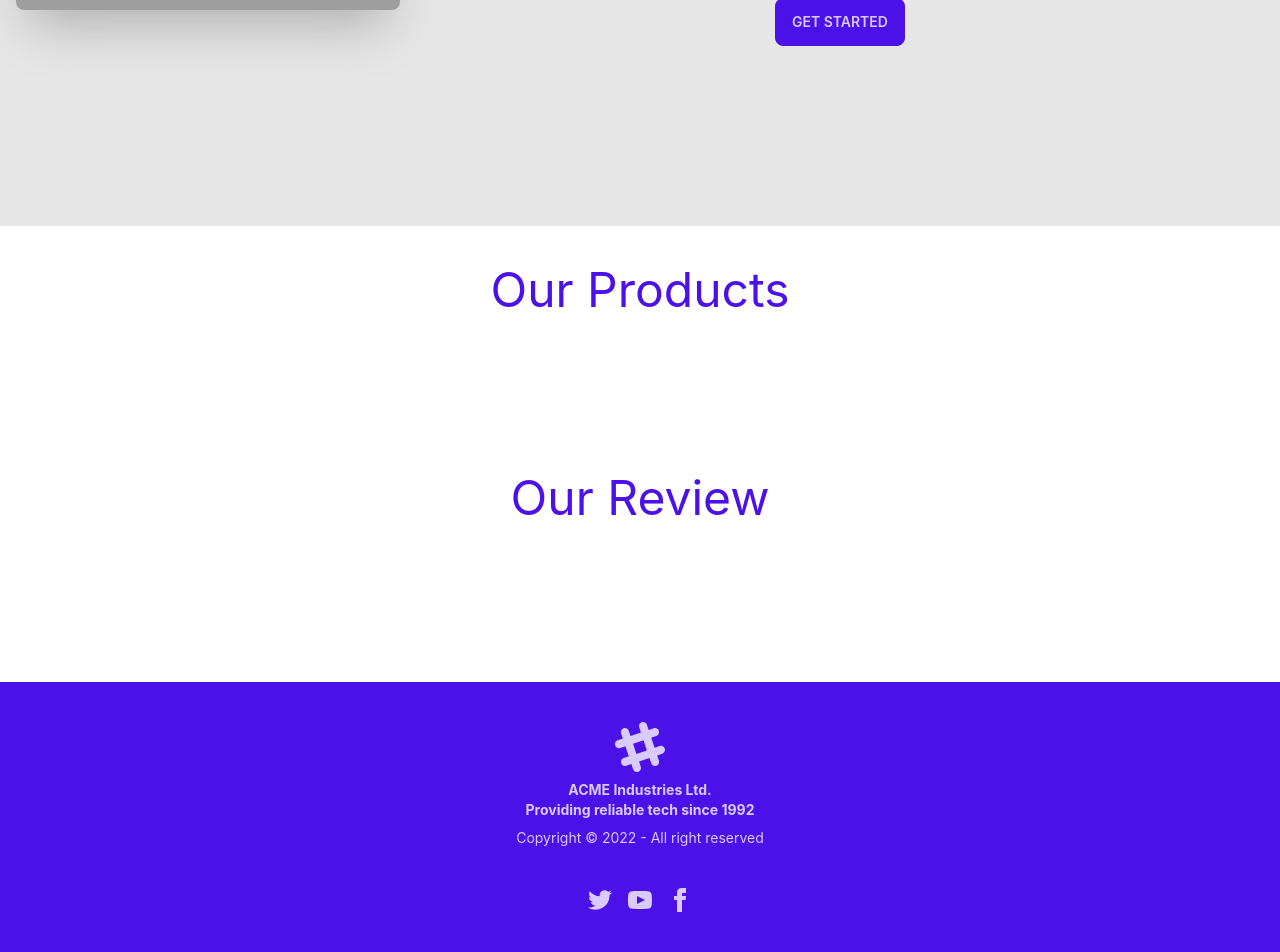
Repository: devsajid/manufacturer-website-client-side
Page: /
An editor plug-in stored every save of this project. The page is shown before and after a run of saves, followed by the edit.
The browser window is 1280 px wide. The pictures show the part of the page from y = 1518 to 2470 px (the page is 2470 px tall).
Pictures or frames that could not be fetched are drawn as grey boxes. The page's requests for data from a server got no answer. The project was rebuilt for these pictures with package versions that can differ from the ones it lists, and the page was loaded fresh each time. No one was signed in, and anything a server would have sent is missing. Also part of the build but not shown: src/Pages/Reviews/Review.js, src/Pages/Home/Products/Product.js, src/Hooks/useAdmin/useAdmin.js, src/Pages/Dashboard/Dashboard.js, src/Pages/Blogs/Blogs.js, src/Pages/About/About.css, src/Pages/About/About.js, src/Components/Loading/Loading.js and 20 more.

Above is the page before, as saved 2022-05-28 22:39:53.

### public/index.html
<!DOCTYPE html>
<html lang="en">

<head>
  <meta charset="utf-8" />
  <link rel="icon" href="%PUBLIC_URL%/favicon.ico" />
  <meta name="viewport" content="width=device-width, initial-scale=1" />
  <meta name="theme-color" content="#000000" />
  <meta name="description" content="Web site created using create-react-app" />
  <link rel="apple-touch-icon" href="%PUBLIC_URL%/logo192.png" />
  <!--
      manifest.json provides metadata used when your web app is installed on a
      user's mobile device or desktop. See https://developers.google.com/web/fundamentals/web-app-manifest/
    -->
  <link rel="manifest" href="%PUBLIC_URL%/manifest.json" />
  <!--
      Notice the use of %PUBLIC_URL% in the tags above.
      It will be replaced with the URL of the `public` folder during the build.
      Only files inside the `public` folder can be referenced from the HTML.

      Unlike "/favicon.ico" or "favicon.ico", "%PUBLIC_URL%/favicon.ico" will
      work correctly both with client-side routing and a non-root public URL.
      Learn how to configure a non-root public URL by running `npm run build`.
    -->
  <title>Phone +Plus</title>
</head>

<body>
  <noscript>You need to enable JavaScript to run this app.</noscript>
  <div id="root"></div>
  <!--
      This HTML file is a template.
      If you open it directly in the browser, you will see an empty page.

      You can add webfonts, meta tags, or analytics to this file.
      The build step will place the bundled scripts into the <body> tag.

      To begin the development, run `npm start` or `yarn start`.
      To create a production bundle, use `npm run build` or `yarn build`.
    -->
</body>

</html>

### src/index.js
import React from 'react';
import ReactDOM from 'react-dom/client';
import './index.css';
import App from './App';
import reportWebVitals from './reportWebVitals';
import { BrowserRouter } from "react-router-dom";
import { QueryClient, QueryClientProvider, } from 'react-query'

const queryClient = new QueryClient()
const root = ReactDOM.createRoot(document.getElementById('root'));
root.render(
  <React.StrictMode>
    <QueryClientProvider client={queryClient}>
      <BrowserRouter>
        <App />
      </BrowserRouter>
    </QueryClientProvider>
  </React.StrictMode>
);

// If you want to start measuring performance in your app, pass a function
// to log results (for example: reportWebVitals(console.log))
// or send to an analytics endpoint. Learn more: https://bit.ly/CRA-vitals
reportWebVitals();

### src/App.js
import './App.css';
import { ToastContainer } from 'react-toastify';
import 'react-toastify/dist/ReactToastify.css';
import Navbar from './Components/Navbar/Navbar';
import Home from './Pages/Home/Home';
import Reviews from './Pages/Reviews/Reviews';
import Dashboard from './Pages/Dashboard/Dashboard';
import Blogs from './Pages/Blogs/Blogs';
import About from './Pages/About/About';
import { Route, Routes } from 'react-router-dom';
import SignIn from './Pages/SignIn/SignIn';
import SignUp from './Pages/SignUp/SignUp';
import NotFound from './Pages/NotFound/NotFound';
import Purchase from './Pages/Purchase/Purchase';
import Footer from './Components/Footer/Footer';
import RequireAuth from './Hooks/RequireAuth/RequireAuth';
import MyOrders from './Pages/Dashboard/MyOrders/MyOrders';
import MyReviews from './Pages/Dashboard/MyReviews/MyReviews';
import MyAccount from './Pages/Dashboard/MyAccount/MyAccount';
import Payment from './Pages/Dashboard/Payment/Payment';
import AddProduct from './Pages/Dashboard/AddProduct/AddProduct';
import ManageProducts from './Pages/Dashboard/ManageProducts/ManageProducts';
import ManageUsers from './Pages/Dashboard/ManageUsers/ManageUsers';
import ManageOrders from './Pages/Dashboard/ManageOrders/ManageOrders';
import RequireAdmin from './Hooks/RequireAdmin/RequireAdmin.JS';
import AddReview from './Pages/Dashboard/MyReviews/AddReview';

function App() {
  return (
    <div className="App">

      <Navbar></Navbar>
      <Routes>
        <Route path="/" element={<Home />} />
        <Route path="/home" element={<Home />} />
        <Route path="/review" element={<Reviews />} />
        <Route path="/about" element={<About />} />
        <Route path="/blog" element={<Blogs />} />
        <Route path="/signIn" element={<SignIn />} />
        <Route path="/signUp" element={<SignUp />} />
        <Route path="dashboard" element={<RequireAuth><Dashboard /></RequireAuth>} >
          <Route index element={<MyOrders></MyOrders>}></Route>
          <Route path="myAccount" element={<MyAccount></MyAccount>}></Route>
          <Route path="myReviews" element={<MyReviews></MyReviews>}></Route>
          <Route path="addReview" element={<RequireAuth><AddReview /></RequireAuth>}></Route>
          <Route path="payment/:id" element={<Payment />}></Route>

          {/* ADMIN ROUTE ---------- */}
          <Route path="addProduct" element={
            //  <RequireAdmin>
            <AddProduct />
            //  </RequireAdmin>
          }></Route>

          <Route path="manageProducts" element={
            // <RequireAdmin>
            <ManageProducts />
            // </RequireAdmin>
          }></Route>

          <Route path="manageusers" element={
            //  <RequireAdmin>
            <ManageUsers />
            //  </RequireAdmin>
          }></Route>

          <Route path="manageOrders" element={
            // <RequireAdmin>
            <ManageOrders />
            // </RequireAdmin>
          }></Route>
        </Route>


        <Route path="purchase/:id" element={<RequireAuth><Purchase /></RequireAuth>}></Route>
        <Route path="/*" element={<NotFound></NotFound>} />
      </Routes>

      <Footer></Footer>
      <ToastContainer />
    </div>
  );
}

export default App;

### src/Pages/Home/Home.js
import React from 'react'
import Headers from '../../Components/Headers/Headers'
import Reviews from '../Reviews/Reviews'
import Products from './Products/Products'
import Summary from './Summary/Summary'

const Home = () => {
    return (
        <div>
            <Headers></Headers>
            <Summary></Summary>
            <Products></Products>
            <Reviews></Reviews>

        </div>
    )
}

export default Home

### src/Pages/Reviews/Reviews.js
import React from "react";
import { useState, useEffect } from "react";
import Review from "./Review";

const Reviews = () => {
  const [Reviews, setReviews] = useState([]);
  useEffect(() => {
    const url = `https://car-manufacturer-app.herokuapp.com/reviews`;
    fetch(url, {
      headers: {
        authorization: `Bearer ${localStorage.getItem("accessToken")}`,
      },
    })
      .then((res) => res.json())
      .then((data) => setReviews(data));
  }, []);

  return (
    <div className="">
      <div className="">
        <h3 className="text-primary text-5xl my-10">Our Review</h3>
      </div>
      <div className="grid sm:grid-cols-1 md:grid-cols-2 lg:grid-cols-3 gap-8 m-20">
        {Reviews.map((review) => (
          <Review key={review._id} review={review}></Review>
        ))}
      </div>
    </div>
  );
};

export default Reviews;

### src/Components/Footer/Footer.js
import React from "react";

const Footer = () => {
  return (
    <footer class="footer footer-center p-10 bg-primary text-primary-content">
      <div>
        <svg
          width="50"
          height="50"
          viewBox="0 0 24 24"
          xmlns="http://www.w3.org/2000/svg"
          fill-rule="evenodd"
          clip-rule="evenodd"
          class="inline-block fill-current"
        >
          <path d="M22.672 15.226l-2.432.811.841 2.515c.33 1.019-.209 2.127-1.23 2.456-1.15.325-2.148-.321-2.463-1.226l-.84-2.518-5.013 1.677.84 2.517c.391 1.203-.434 2.542-1.831 2.542-.88 0-1.601-.564-1.86-1.314l-.842-2.516-2.431.809c-1.135.328-2.145-.317-2.463-1.229-.329-1.018.211-2.127 1.231-2.456l2.432-.809-1.621-4.823-2.432.808c-1.355.384-2.558-.59-2.558-1.839 0-.817.509-1.582 1.327-1.846l2.433-.809-.842-2.515c-.33-1.02.211-2.129 1.232-2.458 1.02-.329 2.13.209 2.461 1.229l.842 2.515 5.011-1.677-.839-2.517c-.403-1.238.484-2.553 1.843-2.553.819 0 1.585.509 1.85 1.326l.841 2.517 2.431-.81c1.02-.33 2.131.211 2.461 1.229.332 1.018-.21 2.126-1.23 2.456l-2.433.809 1.622 4.823 2.433-.809c1.242-.401 2.557.484 2.557 1.838 0 .819-.51 1.583-1.328 1.847m-8.992-6.428l-5.01 1.675 1.619 4.828 5.011-1.674-1.62-4.829z"></path>
        </svg>
        <p class="font-bold">
          ACME Industries Ltd. <br />
          Providing reliable tech since 1992
        </p>
        <p>Copyright © 2022 - All right reserved</p>
      </div>
      <div>
        <div class="grid grid-flow-col gap-4">
          <a>
            <svg
              xmlns="http://www.w3.org/2000/svg"
              width="24"
              height="24"
              viewBox="0 0 24 24"
              class="fill-current"
            >
              <path d="M24 4.557c-.883.392-1.832.656-2.828.775 1.017-.609 1.798-1.574 2.165-2.724-.951.564-2.005.974-3.127 1.195-.897-.957-2.178-1.555-3.594-1.555-3.179 0-5.515 2.966-4.797 6.045-4.091-.205-7.719-2.165-10.148-5.144-1.29 2.213-.669 5.108 1.523 6.574-.806-.026-1.566-.247-2.229-.616-.054 2.281 1.581 4.415 3.949 4.89-.693.188-1.452.232-2.224.084.626 1.956 2.444 3.379 4.6 3.419-2.07 1.623-4.678 2.348-7.29 2.04 2.179 1.397 4.768 2.212 7.548 2.212 9.142 0 14.307-7.721 13.995-14.646.962-.695 1.797-1.562 2.457-2.549z"></path>
            </svg>
          </a>
          <a>
            <svg
              xmlns="http://www.w3.org/2000/svg"
              width="24"
              height="24"
              viewBox="0 0 24 24"
              class="fill-current"
            >
              <path d="M19.615 3.184c-3.604-.246-11.631-.245-15.23 0-3.897.266-4.356 2.62-4.385 8.816.029 6.185.484 8.549 4.385 8.816 3.6.245 11.626.246 15.23 0 3.897-.266 4.356-2.62 4.385-8.816-.029-6.185-.484-8.549-4.385-8.816zm-10.615 12.816v-8l8 3.993-8 4.007z"></path>
            </svg>
          </a>
          <a>
            <svg
              xmlns="http://www.w3.org/2000/svg"
              width="24"
              height="24"
              viewBox="0 0 24 24"
              class="fill-current"
            >
              <path d="M9 8h-3v4h3v12h5v-12h3.642l.358-4h-4v-1.667c0-.955.192-1.333 1.115-1.333h2.885v-5h-3.808c-3.596 0-5.192 1.583-5.192 4.615v3.385z"></path>
            </svg>
          </a>
        </div>
      </div>
    </footer>
  );
};

export default Footer;

### src/firebase.init.js
// // Import the functions you need from the SDKs you need
// import { initializeApp } from "firebase/app";
// import { getAuth } from "firebase/auth";
// // TODO: Add SDKs for Firebase products that you want to use
// // https://firebase.google.com/docs/web/setup#available-libraries

// // Your web app's Firebase configuration
// // apiKey: process.env.REACT_APP_apiKey,
// // authDomain: process.env.REACT_APP_authDomain,
// // projectId: process.env.REACT_APP_projectId,
// // storageBucket: process.env.REACT_APP_storageBucket,
// // messagingSenderId: process.env.REACT_APP_messagingSenderId,
// // appId: process.env.REACT_APP_appId
// const firebaseConfig = {
//   apiKey: "AIzaSyCubrbBuuhz5IKzVpsZWfcUzcS1rdq0_fk",
//   authDomain: "phone-plus-4f5d3.firebaseapp.com",
//   projectId: "phone-plus-4f5d3",
//   storageBucket: "phone-plus-4f5d3.appspot.com",
//   messagingSenderId: "1050316587029",
//   appId: "1:1050316587029:web:675504103bcda3d9a8ce1c",
// };

// // Initialize Firebase
// const app = initializeApp(firebaseConfig);
// const auth = getAuth(app);
// export default auth;

import { initializeApp } from "firebase/app";
import { getAuth } from "firebase/auth";
// TODO: Add SDKs for Firebase products that you want to use
// https://firebase.google.com/docs/web/setup#available-libraries

// Your web app's Firebase configuration
// For Firebase JS SDK v7.20.0 and later, measurementId is optional
const firebaseConfig = {
  apiKey: "AIzaSyAnm3L9qxeep06RzjsloHUwBWJT0eqF0Vo",
  authDomain: "car-manufacturer-app.firebaseapp.com",
  projectId: "car-manufacturer-app",
  storageBucket: "car-manufacturer-app.appspot.com",
  messagingSenderId: "842670612530",
  appId: "1:842670612530:web:a21eb6fefe76514fd65c2b",
  measurementId: "G-M21YL917YE",
};
// project - 842670612530;

const app = initializeApp(firebaseConfig);
const auth = getAuth(app);
export default auth;

### src/Components/Headers/Headers.js
import React from 'react'

const Headers = () => {
    return (
        <div class="carousel w-full">
            <div id="slide1" class="carousel-item relative w-full">
                <img src="https://api.lorem.space/image/car?w=800&h=200&hash=8B7BCDC2" class="w-full" />
                <div class="absolute flex justify-between transform -translate-y-1/2 left-5 right-5 top-1/2">
                    <a href="#slide4" class="btn btn-circle">❮</a>
                    <a href="#slide2" class="btn btn-circle">❯</a>
                </div>
            </div>
            <div id="slide2" class="carousel-item relative w-full">
                <img src="https://api.lorem.space/image/car?w=800&h=200&hash=500B67FB" class="w-full" />
                <div class="absolute flex justify-between transform -translate-y-1/2 left-5 right-5 top-1/2">
                    <a href="#slide1" class="btn btn-circle">❮</a>
                    <a href="#slide3" class="btn btn-circle">❯</a>
                </div>
            </div>
            <div id="slide3" class="carousel-item relative w-full">
                <img src="https://api.lorem.space/image/car?w=800&h=200&hash=A89D0DE6" class="w-full" />                <div class="absolute flex justify-between transform -translate-y-1/2 left-5 right-5 top-1/2">
                    <a href="#slide2" class="btn btn-circle">❮</a>
                    <a href="#slide4" class="btn btn-circle">❯</a>
                </div>
            </div>
            <div id="slide4" class="carousel-item relative w-full">
                <img src="https://api.lorem.space/image/car?w=800&h=200&hash=225E6693" class="w-full" />
                <div class="absolute flex justify-between transform -translate-y-1/2 left-5 right-5 top-1/2">
                    <a href="#slide3" class="btn btn-circle">❮</a>
                    <a href="#slide1" class="btn btn-circle">❯</a>
                </div>
            </div>
        </div>
    )
}

export default Headers

### src/Pages/Home/Products/Products.js
import React from "react";
import { useState, useEffect } from "react";
import Product from "./Product";

const Products = () => {
  const [Items, setItems] = useState([]);
  useEffect(() => {
    const url = `https://car-manufacturer-app.herokuapp.com/products`;
    fetch(url, {
      headers: {
        authorization: `Bearer ${localStorage.getItem("accessToken")}`,
      },
    })
      .then((res) => res.json())
      .then((data) => setItems(data));
  }, []);

  return (
    <div>
      <div>
        <h3 className="text-primary text-5xl my-10">Our Products</h3>
      </div>
      <div className="grid sm:grid-cols-1 md:grid-cols-2 lg:grid-cols-3 gap-8 m-20">
        {Items.map((product) => (
          <Product key={product._id} product={product}></Product>
        ))}
      </div>
    </div>
  );
};

export default Products;

### src/Pages/Home/Summary/Summary.js
import React from 'react'

const Summary = () => {
    return (
        <div class="hero min-h-screen bg-base-200">
            <div class="hero-content flex-col lg:flex-row">
                <img src="https://api.lorem.space/image/movie?w=260&h=400" class="max-w-sm rounded-lg shadow-2xl" />
                <div>
                    <h1 class="text-5xl font-bold">Box Office News!</h1>
                    <p class="py-6">Eric Yuan came to the U.S. from China in the mid 90s to pursue the internet boom—but it took a while to get here. The first eight times he applied for a visa, he was denied. Finally, on the ninth attempt, he was approved, but the process lasted two years.In 2012, after working for a Silicon Valley communication startup for years prior, Yuan founded the communication platform Zoom. In an interview with Thrive Global, Yuan says that Zoom started as a daydream, a solution to a long-distance relationship that required a 10-hour train ride to see the other.Now, Zoom is used by more than 750,000 companies to keep their teams connected through video and audio conferencing, collaborative workspaces, chat, and more. The real-time, face-to-face aspect of Zoom makes it easier for companies to stay in touch, so people can easily work from home or stay connected while working remotely or across several office locations. </p>
                    <button class="btn btn-primary">Get Started</button>
                </div>
            </div>
        </div>
    )
}

export default Summary

### tailwind.config.js
module.exports = {
  content: ["./src/**/*.{html,js}"],
  theme: {
    extend: {},
  },
  daisyui: {
    themes: [
      {
        mytheme: {
          primary: "#4B11E8",
          secondary: "#F7D716",
          accent: "#9BA3EB",
          neutral: "#3d4451",
          "base-100": "#ffffff",
        },
      },
      "dark",
      "cupcake",
    ],
  },
  plugins: [require("daisyui")],
};

Loaded but not shown: src/index.css (common file); src/reportWebVitals.js (common file); src/App.css (common file); src/Components/Navbar/Navbar.js (128 lines, source omitted)

After the next 4 saves:
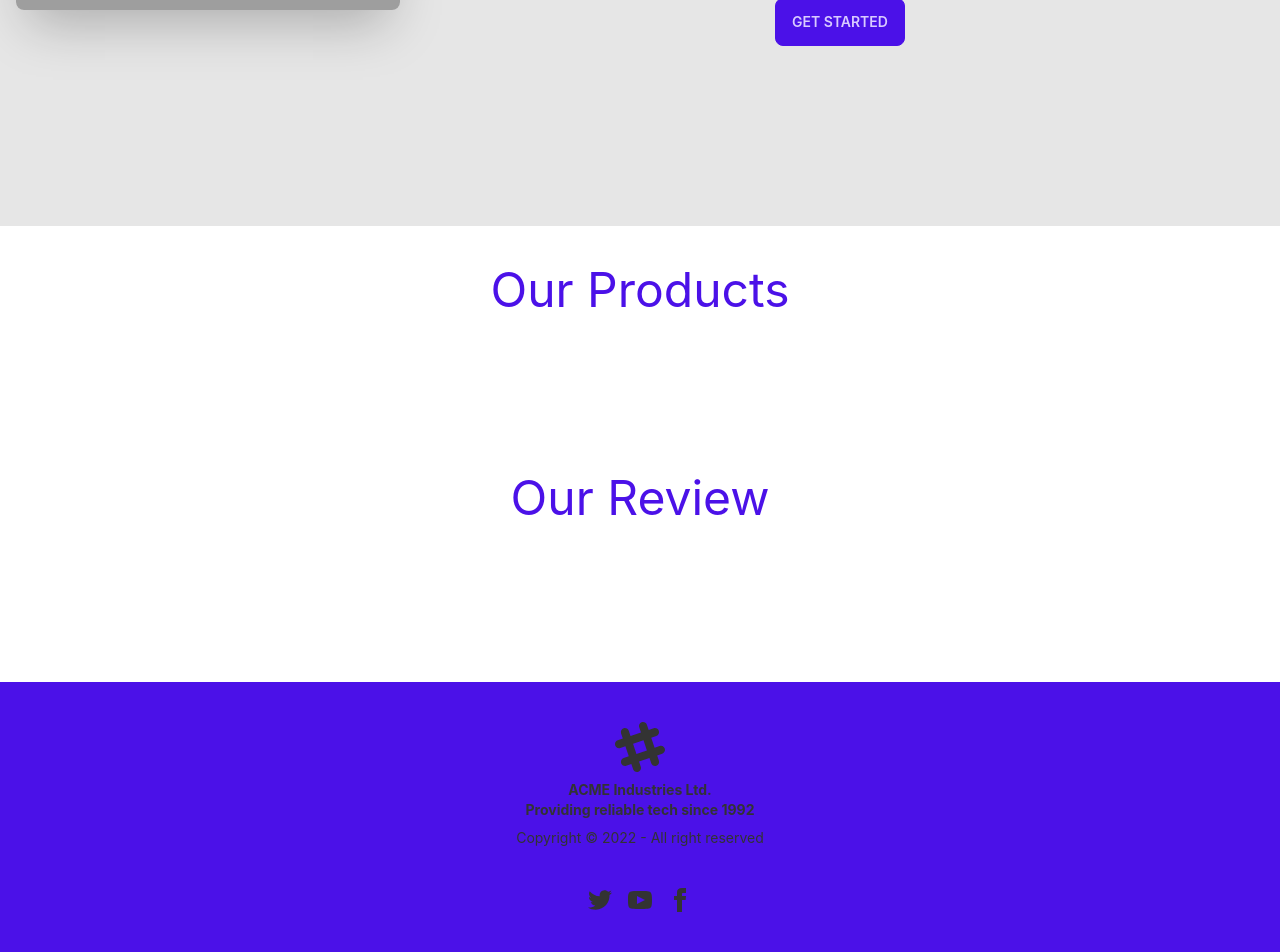
The 4 saves are shown as one change because they came seconds apart.
The last was saved 9 s later.
--- a/src/Components/Footer/Footer.js
+++ b/src/Components/Footer/Footer.js
@@ -2,7 +2,7 @@
 
 const Footer = () => {
   return (
-    <footer class="footer footer-center p-10 bg-primary text-primary-content">
+    <footer class="footer footer-center p-10 bg-primary text-white-content">
       <div>
         <svg
           width="50"

After the 2 saves that followed:
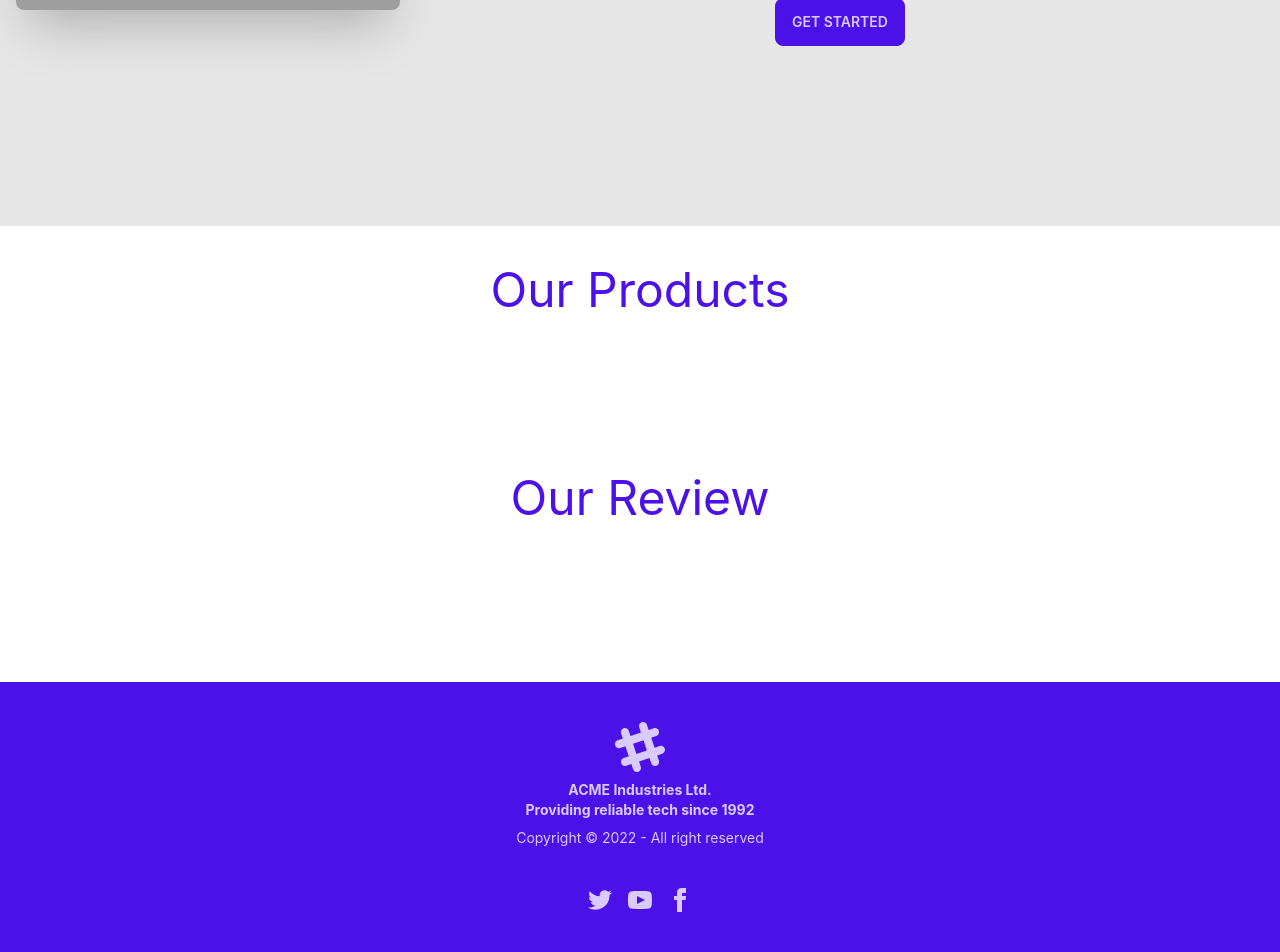
The 2 saves are shown as one change because 1 left the picture as it was.
The last was saved 31 s later.
--- a/src/Components/Footer/Footer.js
+++ b/src/Components/Footer/Footer.js
@@ -2,7 +2,7 @@
 
 const Footer = () => {
   return (
-    <footer class="footer footer-center p-10 bg-primary text-white-content">
+    <footer class="footer footer-center p-10 bg-primary text-primary-content">
       <div>
         <svg
           width="50"
